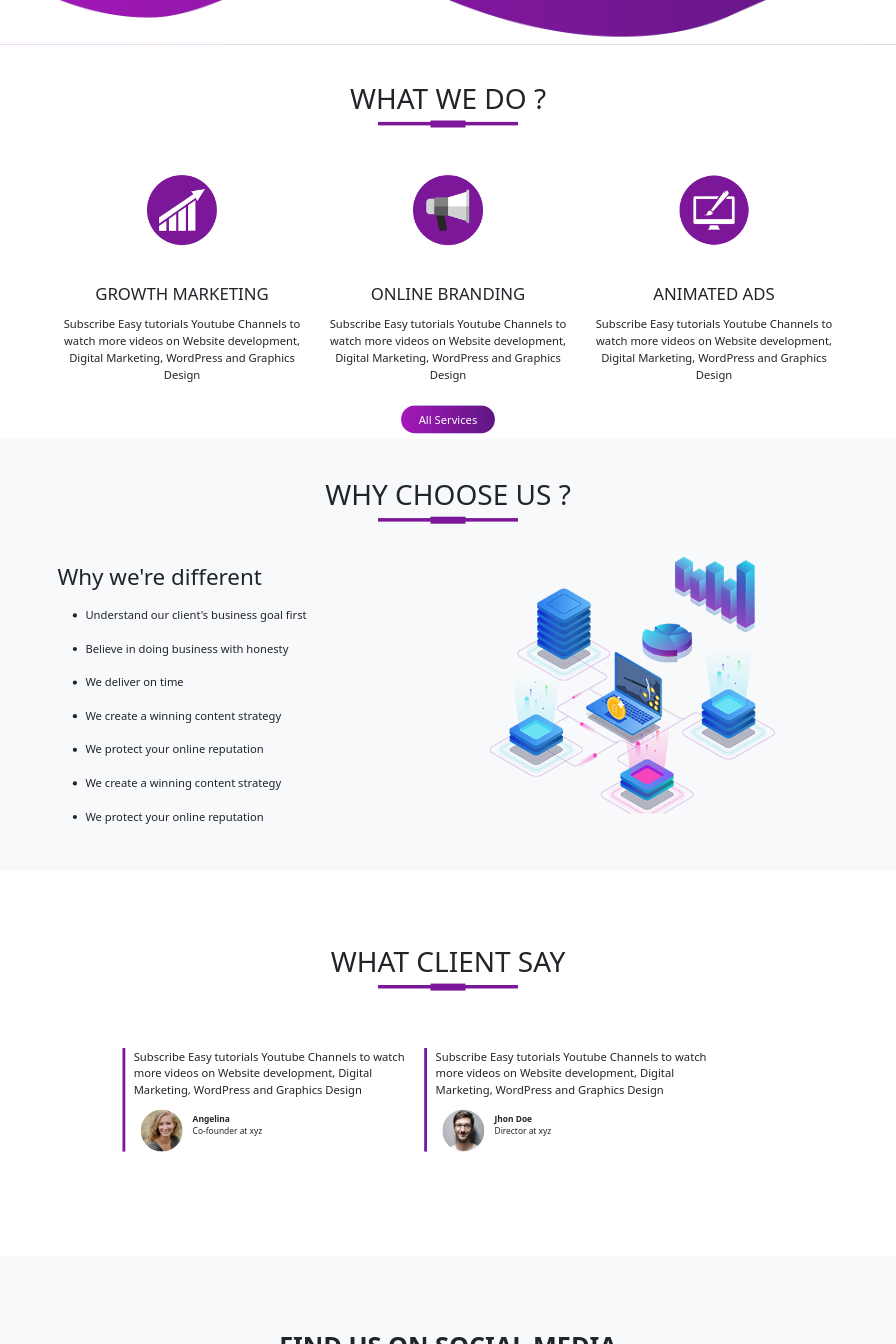
Repository: wadelfadill/Bootstrap_tache_2_website_design
Page: index.html
The author's editor kept a copy of each file at every save. The page is drawn from the files as they stood at one save, then again after the next save.
The browser window is 1280 px wide. The pictures show the part of the page from y = 653 to 2573 px (the page is 3197 px tall before and 3281 px after), at 70% of full size.
Some web libraries are served in a nearby version.

Above is the page before, as saved 2023-04-06 14:46:52.

### index.html
<!DOCTYPE html>
<html lang="en">
<head>
    <meta charset="UTF-8">
    <meta http-equiv="X-UA-Compatible" content="IE=edge">
    <meta name="viewport" content="width=device-width, initial-scale=1.0">
    <!-- bootstrap css link -->
    <link href="https://cdn.jsdelivr.net/npm/bootstrap@5.1.3/dist/css/bootstrap.min.css" rel="stylesheet" integrity="sha384-1BmE4kWBq78iYhFldvKuhfTAU6auU8tT94WrHftjDbrCEXSU1oBoqyl2QvZ6jIW3" crossorigin="anonymous">
    <!-- css sheet link -->
    <link rel="stylesheet" href="style.css">
    <!-- fontawsome link -->
    <link rel="stylesheet" href="https://cdn.jsdelivr.net/npm/@fortawesome/fontawesome-free@6.2.1/css/fontawesome.min.css">
    <title>bootstrap_website_design</title>
    <script src="https://kit.fontawesome.com/8f130c8a35.js" crossorigin="anonymous"></script>
</head>
<body>
    <section id="nav-bar" class="sticky-top t-0">
        <nav class="navbar navbar-expand-lg navbar-light p-0">
            <div class="container-fluid">
              <a class="navbar-brand" href="#"><img src="images/demo-logo.png" alt="" class="w-75 h-50 p-2"></a>
              <button class="navbar-toggler" type="button" data-bs-toggle="collapse" data-bs-target="#navbarSupportedContent" aria-controls="navbarSupportedContent" aria-expanded="false" aria-label="Toggle navigation">
                <span><i class="fa-solid fa-bars fs-1" style="color: #ffffff;"></i></span>
              </button>
              <div class="collapse navbar-collapse justify-content-end" id="navbarSupportedContent">
                <ul class="navbar-nav ms-auto mb-2 mb-lg-0 ">
                  <li class="nav-item pt-0 pb-1 fw-bold">
                    <a class="nav-link active text-white float-end text-start" aria-current="page" href="#banner">HOME</a>
                  </li>
                  <li class="nav-item pt-0 pb-1 fw-bold">
                    <a class="nav-link text-white float-end text-start" href="#services">SERVICES</a>
                  </li>
                  <li class="nav-item pt-0 pb-1 fw-bold">
                    <a class="nav-link text-white float-end text-start" href="#about-us">ABOUT US</a>
                  </li>
                  <li class="nav-item pt-0 pb-1 fw-bold">
                    <a class="nav-link text-white float-end text-start" href="#testimonials">TESTIMONIALS</a>
                  </li>
                  <li class="nav-item pt-0 pb-1 fw-bold">
                    <a class="nav-link text-white float-end text-start" href="#footer">CONTACT</a>
                  </li>
                </ul>
              </div>
            </div>
          </nav>
    </section>
     <!--banner section  -->
     <section id="banner" class="text-white pt-5">
      <div class="container">
        <div class="row">
          <div class="col-md-6">
            <p class="h2 mt-5">BEST DIGITAL AGENCY</p>
            <p>
              Subscribe Easy tutorials Youtube Channels to watch more videos on
              Website development, Digital Marketing, WordPress and Graphics Design
            </p>
            <a href="" class="tuto text-white text-decoration-none"><img src="images/play.png" alt="" class="play-btn"> Watch tutorials</a>
          </div>
          <div class="col-md-6 text-center">
            <img src="images/home2.png" alt="" class="img-fluid">
          </div>
        </div>
      </div>
     <img src="images/wave1.png" alt="" class="w-100">
     </section>
     <!-- services section -->
     <section id="services" class="pt-5 pb-0">
        <div class="container text-center">
          <h1 class="title text-center">WHAT WE DO ? </h1>
          <div class="row text-center">
            <div class="col-md-4 p-3">
              <img src="images/service1.png" alt="" class="service-img">
              <h4 class="p-2 mt-5 text-uppercase">Growth Marketing</h4>
              <p>
                Subscribe Easy tutorials Youtube Channels to watch more videos on
                Website development, Digital Marketing, WordPress and Graphics Design
              </p>
            </div>
            <div class="col-md-4 p-3">
              <img src="images/service2.png" alt="" class="service-img">
              <h4 class="p-2 mt-5 text-uppercase">Online Branding</h4>
              <p>
                Subscribe Easy tutorials Youtube Channels to watch more videos on
                Website development, Digital Marketing, WordPress and Graphics Design
              </p>
            </div>
            <div class="col-md-4 p-3">
              <img src="images/service3.png" alt="" class="service-img">
              <h4 class="p-2 mt-5 text-uppercase">Animated Ads</h4>
              <p>
                Subscribe Easy tutorials Youtube Channels to watch more videos on
                Website development, Digital Marketing, WordPress and Graphics Design
              </p>
            </div>
          </div>
          <button type="button" class="btn btn-primary mb-2">All Services </button>
        </div>
     </section>
     <!-- about us  -->
     <section id="about-us">
        <div class="container">
          <h1 class="title text-center"> WHY CHOOSE US ?</h1>
          <div class="row">
            <div class="col-md-6">
              <p class="h2 mt-4">Why we're different</p>
              <ul class="ms-2">
                <li class="mt-4 mb-0">Understand our client's business goal first</li>
                <li class="mt-4 mb-0">Believe in doing business with honesty</li>
                <li class="mt-4 mb-0">We deliver on time</li>
                <li class="mt-4 mb-0">We create a winning content strategy</li>
                <li class="mt-4 mb-0">We protect your online reputation</li>
                <li class="mt-4 mb-0">We create a winning content strategy</li>
                <li class="mt-4 mb-0">We protect your online reputation</li>
              </ul>
            </div>
            <div class="col-md-6">
              <img src="images/network.png" alt="" class="img-fluid">
            </div>
          </div>
        </div>
     </section>
     <!-- testimonials section -->
     <section id="testimonials">
      <div class="container">
        <h1 class="title text-center"> WHAT CLIENT SAY</h1>
        <div class="row offset-1">
          <div class="col-md-5 testimonials">
            <p>
              Subscribe Easy tutorials Youtube Channels to watch more videos on
              Website development, Digital Marketing, WordPress and Graphics Design
            </p>
            <img src="images/user1.jpg" alt="">
            <p class="user-details"><b>Angelina</b><br>Co-founder at xyz</p>

          </div>
          <div class="col-md-5 testimonials">
            <p>
              Subscribe Easy tutorials Youtube Channels to watch more videos on
              Website development, Digital Marketing, WordPress and Graphics Design
            </p>
            <img src="images/user2.jpg" alt="">
            <p class="user-details"><b>Jhon Doe</b><br>Director at xyz</p>
          </div>
        </div>
      </div>
     </section>
     <!-- social media section -->
     <section id="social-media">
        <div class="container text-center">
          <p>FIND US ON SOCIAL MEDIA</p>
          <div class="social-icons">
            <a href=""><img src="images/facebook-icon.png" alt=""></a>
            <a href=""><img src="images/instagram-icon.png" alt=""></a>
            <a href=""><img src="images/twitter-icon.png" alt=""></a>
            <a href=""><img src="images/whatsapp-icon.png" alt=""></a>
            <a href=""><img src="images/linkedin-icon.png" alt=""></a>
            <a href=""><img src="images/snapchat-icon.png" alt=""></a>
          </div>

        </div>
     </section>
     <!-- footer section -->
     <section id="footer">
      <img src="images/wave2.png" alt="" class="footer-img">
      <div class="container">
        <div class="row">
          <div class="col-md-4 footer-box">
            <img src="images/demo-logo.png" alt="">
            <p>
              Subscribe Easy tutorials Youtube Channels to watch more videos on
              Website development, Digital Marketing, WordPress and Graphics Design
            </p>

          </div>
          <div class="col-md-4 footer-box">
            <p><b>CONTACT US</b></p>
            <P><i class="fa-solid fa-location-dot" style="color: #ffffff;"></i>World Trade Center, bangalore</P>
            <P><i class="fa-solid fa-phone" style="color: #ffffff;"></i>+1 0123456789</P>
            <P><i class="fa-solid fa-envelope" style="color: #ffffff;"></i>xyz@gmail.com</P>
          </div>
          <div class="col-md-4 footer-box">
            <p><b> SUBSCRIBE NEWSLETTER</b></p>
            <input type="mail" name="" id="" class="form-control" placeholder="Your Email">
            <button type="button" class="btn btn-primary">Subscribe</button>
          </div>
        </div>
        <hr>
        <p class="copyright">Website certified by EL_FADILL</p>
      </div>
     </section>


     <!-- smooth scroll -->
     <script src="https://cdn.jsdelivr.net/gh/cferdinandi/smooth-scroll/dist/smooth-scroll.polyfills.min.js">
        var scroll = new SmoothScroll('a[href*="#"]');
     </script>

        <!-- bootstrap js link -->
    <script src="https://cdn.jsdelivr.net/npm/bootstrap@5.1.3/dist/js/bootstrap.bundle.min.js" integrity="sha384-ka7Sk0Gln4gmtz2MlQnikT1wXgYsOg+OMhuP+IlRH9sENBO0LRn5q+8nbTov4+1p" crossorigin="anonymous"></script>
</body>
</html>

### style.css
*{
    margin: 0;
    padding: 0;
}
.navbar{
    background-image: linear-gradient(to right, #a517ba, #5f1782);
}
.navbar-toggler{
    outline: none !important;
}
/* Banner section */
#banner{
    background-image: linear-gradient(to right, #a517ba, #5f1782);


}
.play-btn{
    width: 45px;
    margin: 20px;
}
.service-img{
    width: 100px;
    margin-top: 20px;
}
.title::before{
    content: '';
    background: #7b1798;
    height: 5px;
    width: 200px;
    margin-left: auto;
    margin-right: auto;
    display: block;
    transform: translateY(63px);
}
.title::after{
    content: '';
    background: #7b1798;
    height: 10px;
    width: 50px;
    margin-left: auto;
    margin-right: auto;
    margin-bottom: 40px;
    display: block;
    transform: translateY(8px);
}
#services .btn-primary{
    box-shadow: none;
    padding: 8px 25px;
    border-radius: 20px;
    background-image: linear-gradient(to right, #a517ba, #5f1782);
    outline: none;
    border: none;

}
#about-us{
    background: #f8f9fa;
    padding-bottom: 50px;
    padding-top: 50px;
}
/* testimonials section */
#testimonials{
    margin: 100px 0;

}
.testimonials{
    border-left: 4px solid #7b1798;
    margin-top: 50px;
    margin-bottom: 50px;
}
.testimonials img{
    height: 60px;
    width: 60px;
    border-radius: 50%;
    margin: 0 10px;
}
.user-details{
    display: inline-block;
    font-size: 12px;
}
/* social media secion */
#social-media{
    background: #f8f9fa;
    padding: 100px 0;
}
#social-media p{
    font-size: 36px;
    font-weight: 600;
    margin-bottom: 30px;

}
.social-icons img{
    width: 60px;
    transition: 0.5s;
}
.social-icons a:hover img{
    transform: translateY(-10px);
}
/* footer section */
#footer{
    background-image: linear-gradient(to right, #a517ba, #5f1782);
}
.footer-img{
    width: 100%;
}
.footer-box{
    padding: 20px;

}
.footer-box img{
    width: 120px;
    margin-bottom: 20px;
}
.footer-box .fa-solid{
    margin-right: 8px;
    font-size: 25px;
    width: 40px;
    text-align: center;
    padding-top: 7px;
    border-radius: 2px;
    background-image: linear-gradient(to right, #a517ba, #5f1782);
}
.footer-box .form-control{
    box-shadow: none;
    border: none;
    border-radius: 0;
    margin-top: 25px;
    max-width: 250px;
}
.footer-box .btn-primary{
    box-shadow: none;
    border: none;
    border-radius: 0;
    margin-top: 30px;
    background-image: linear-gradient(to right, #a517ba, #5f1782);

}
hr{
    background-color: #ffff;

}
.copyright{
    margin-bottom: 0;
    padding-bottom: 0;
    text-align: center;
}

After the next save:
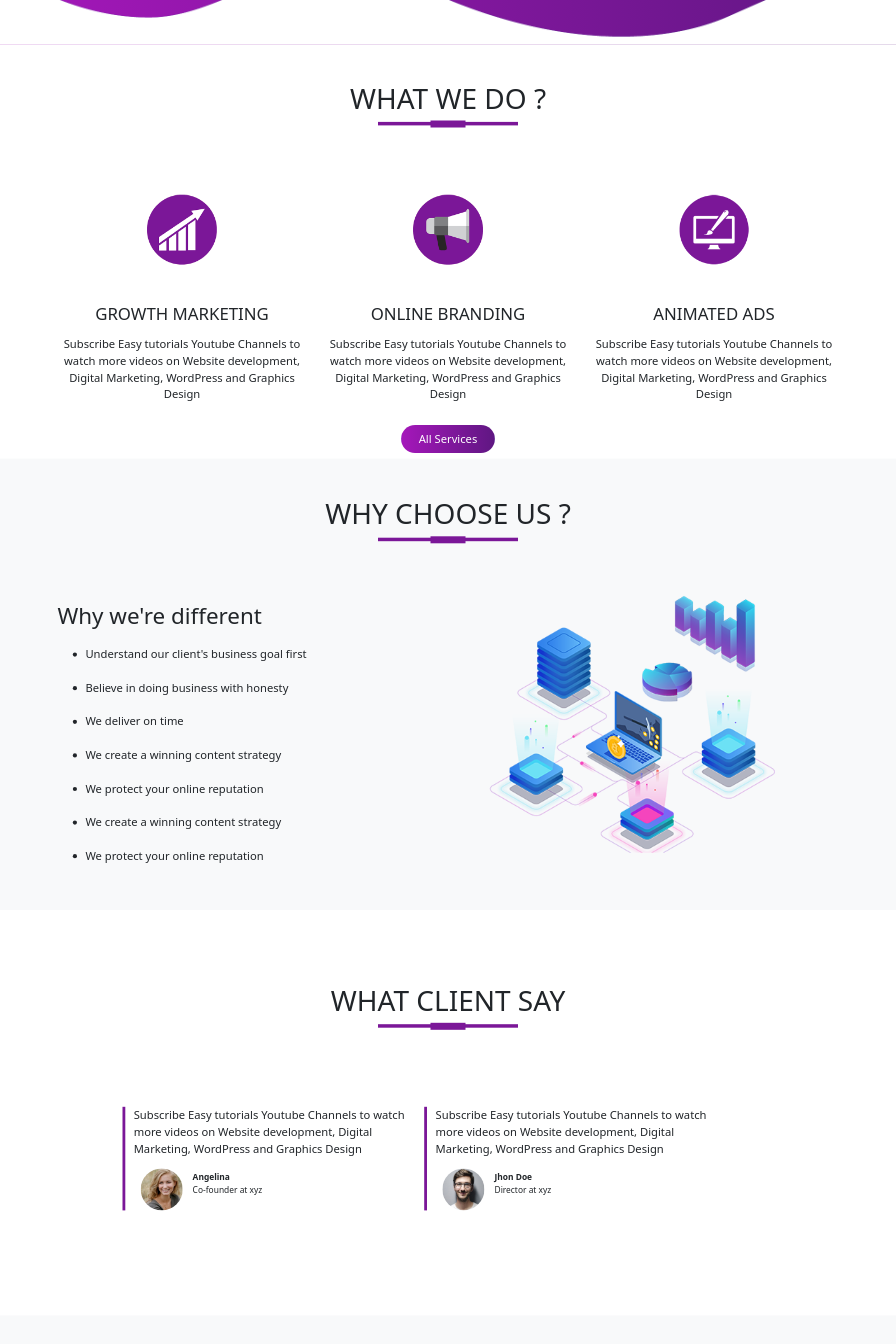
Saved 27 s later.
--- a/style.css
+++ b/style.css
@@ -21,6 +21,9 @@
 .service-img{
     width: 100px;
     margin-top: 20px;
+}
+.title{
+    padding-bottom: 20px;
 }
 .title::before{
     content: '';

After the save that followed:
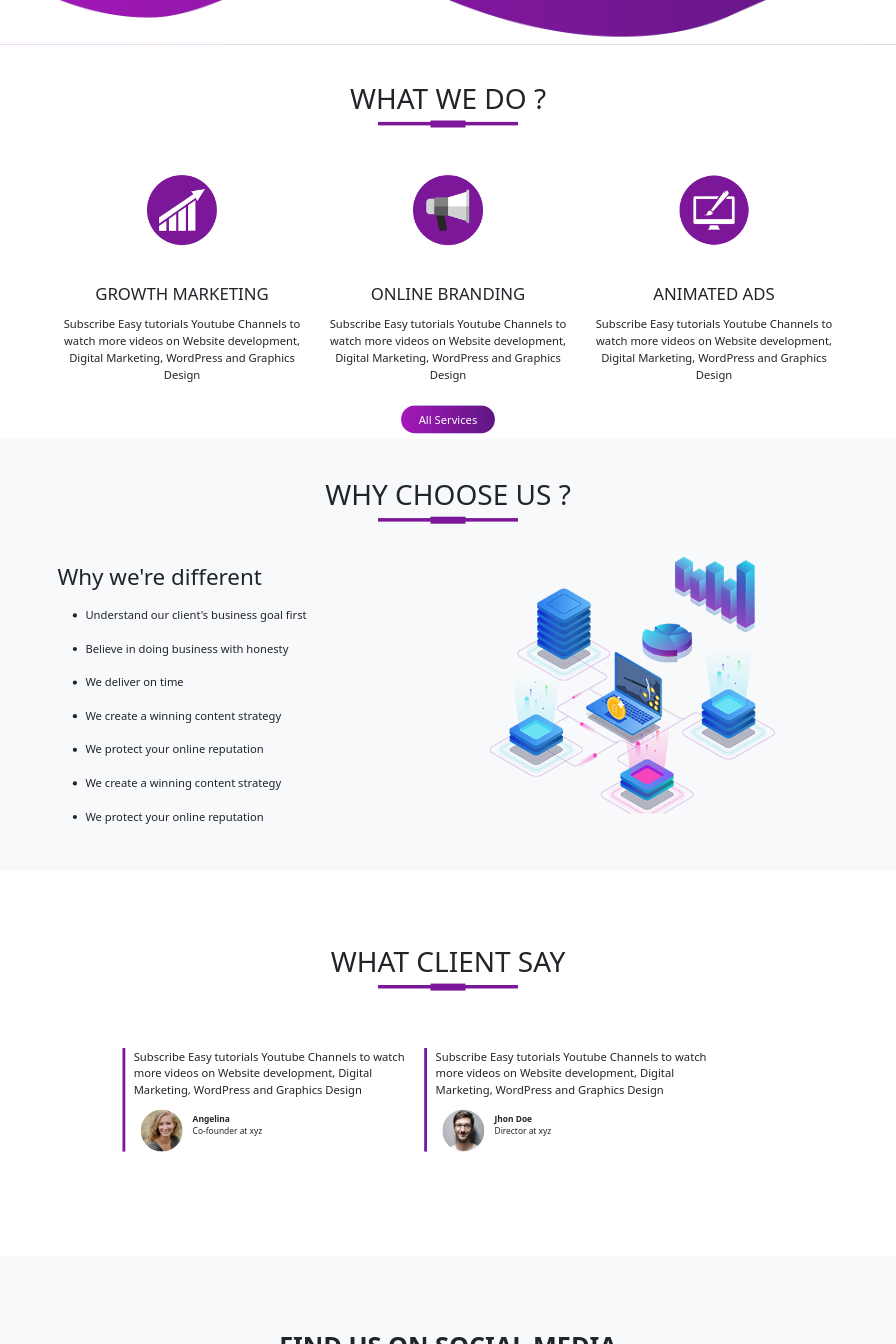
Saved 26 s later.
--- a/style.css
+++ b/style.css
@@ -23,7 +23,7 @@
     margin-top: 20px;
 }
 .title{
-    padding-bottom: 20px;
+    margin-bottom: 20px;
 }
 .title::before{
     content: '';
